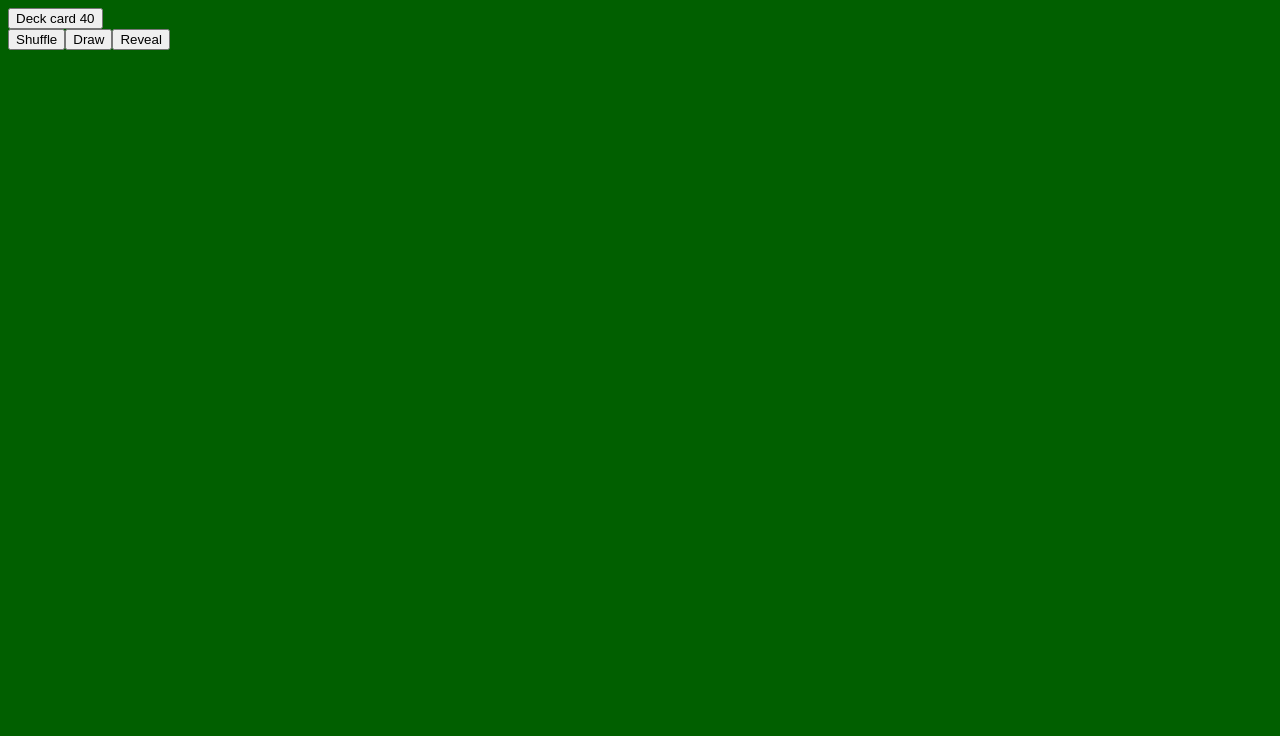
Repository: tiendungjr123/app-baicao
Page: /
An editor plug-in stored every save of this project. The page is shown before and after the next save, followed by the edit.
The browser window is 1280 px wide. The pictures show the whole page.
The project was rebuilt for these pictures with package versions that can differ from the ones it lists, and the page was loaded fresh each time. Also part of the build but not shown: src/index.css.

Above is the page before, as saved 2022-10-10 17:40:07.

After the next save:
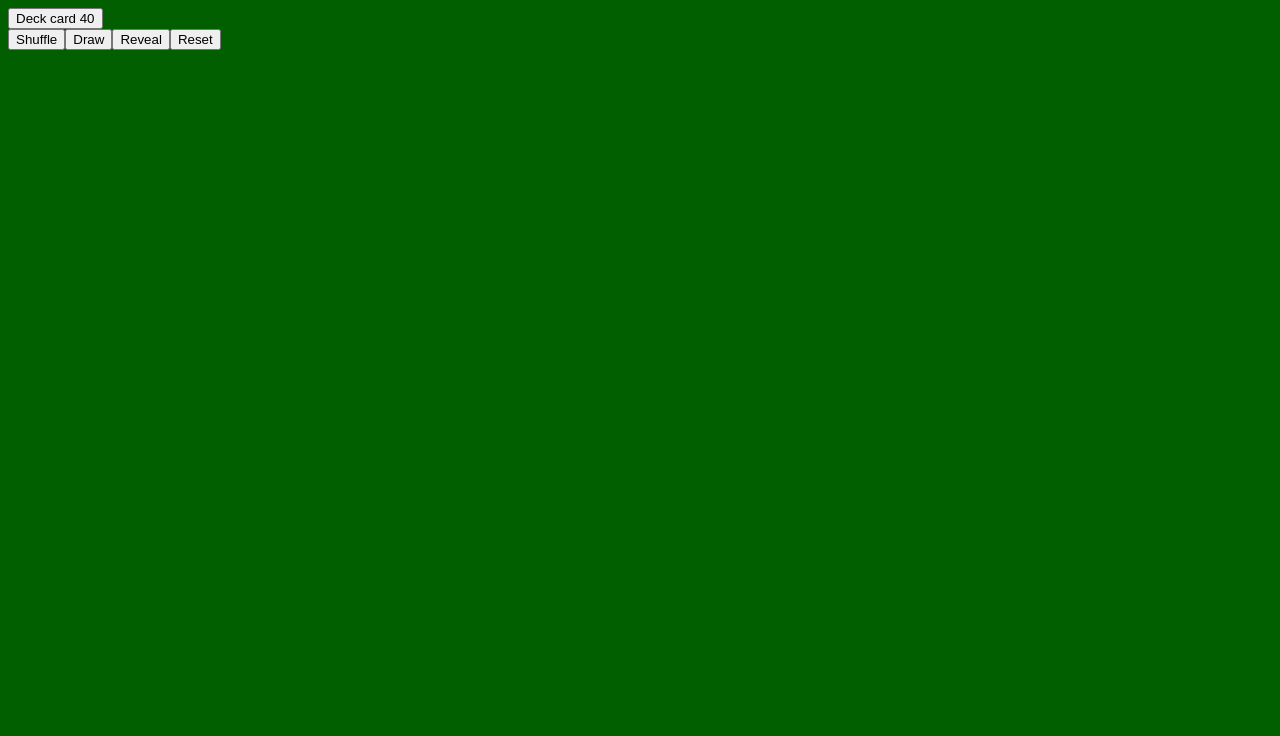
Saved 4 s later.
--- a/src/Components/table.jsx
+++ b/src/Components/table.jsx
@@ -8,6 +8,7 @@ const Table = () => {
             <button className='btn-action'>Shuffle</button>
             <button className='btn-action'>Draw</button>
             <button className='btn-action'>Reveal</button>
+            <button className='btn-action'>Reset</button>
          </div>
       </div>
    );
